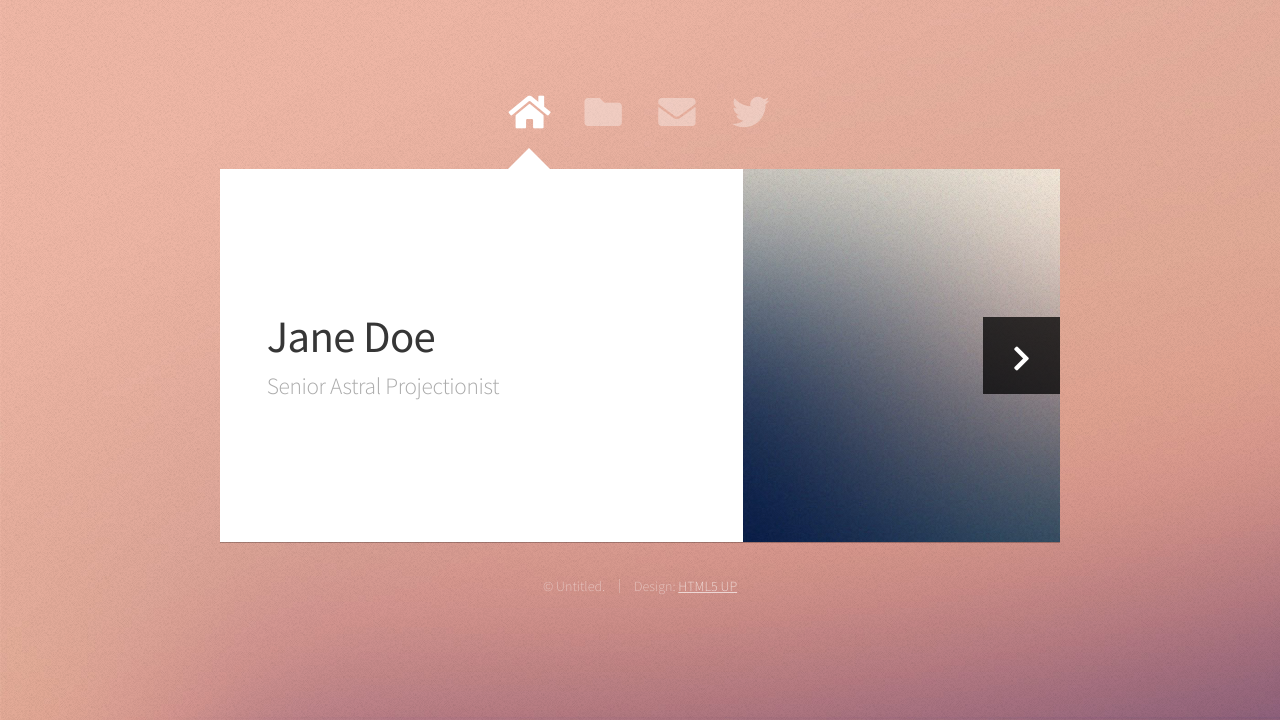
Repository: Lunarros/personal-website
Page: index.html
These files come from the project's save history. The page is drawn as it stood at one moment and after the next save; the edit follows.
The browser window is 1280 px wide. The pictures show the whole page.

Above is the page before, as saved 2022-03-06 16:21:33.

After the next save:
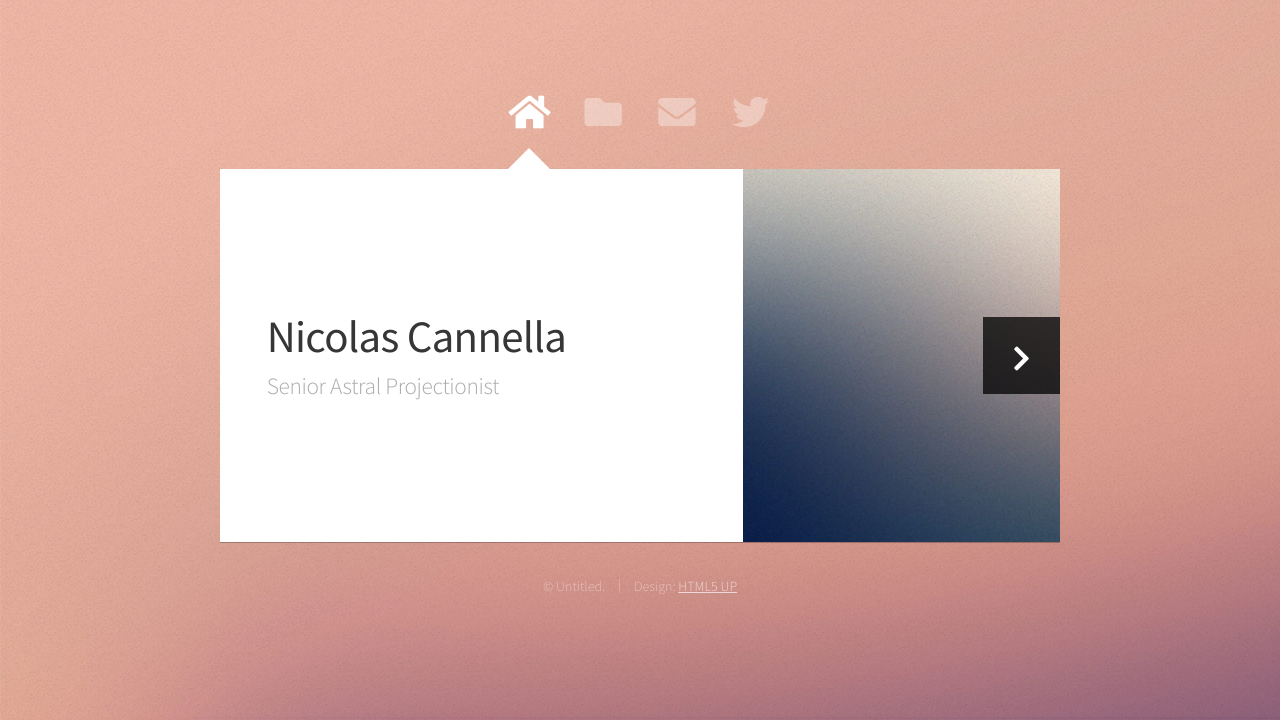
Saved 872 days later.
--- a/index.html
+++ b/index.html
@@ -31,7 +31,7 @@
 						<!-- Me -->
 							<article id="home" class="panel intro">
 								<header>
-									<h1>Jane Doe</h1>
+									<h1>Nicolas Cannella</h1>
 									<p>Senior Astral Projectionist</p>
 								</header>
 								<a href="#work" class="jumplink pic">
